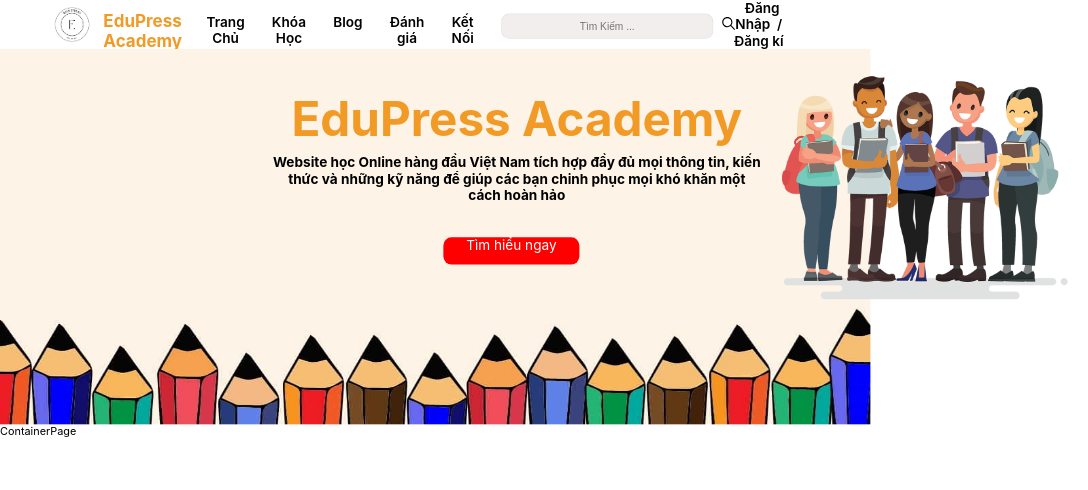
Repository: hieu1802/WebsiteEdupress
Page: / (app in my-app/)
These files come from the project's save history. The page is drawn as it stood at one moment and after the next save; the edit follows.
The browser window is 1280 px wide. The page is 1600 px wide, so the pictures cover 1600 px, including what lies to the right of the window. The pictures show the whole page, at 68% of full size.
The project was rebuilt for these pictures with package versions that can differ from the ones it lists, and the page was loaded fresh each time. Also part of the build but not shown: my-app/src/App.css.

Above is the page before, as saved 2024-07-23 02:19:45.

After the next save:
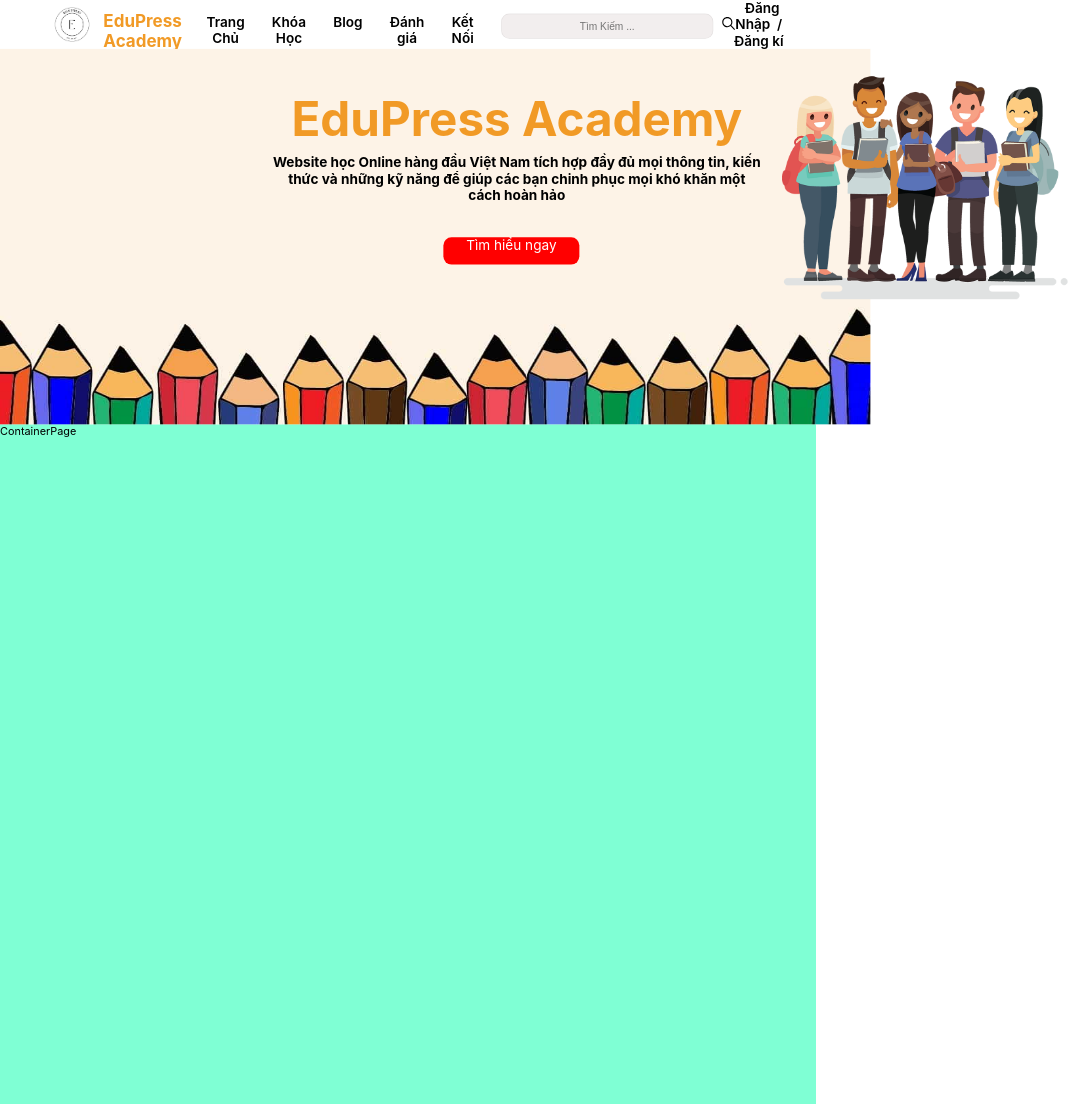
Saved 5 s later.
--- a/my-app/src/Components/HomePage/ContainerPage.jsx
+++ b/my-app/src/Components/HomePage/ContainerPage.jsx
@@ -2,6 +2,8 @@
 
 export const ContainerPage = () => {
   return (
-    <div>ContainerPage</div>
+    <div className='ContainerPage'>
+       ContainerPage
+    </div>
   )
 }
